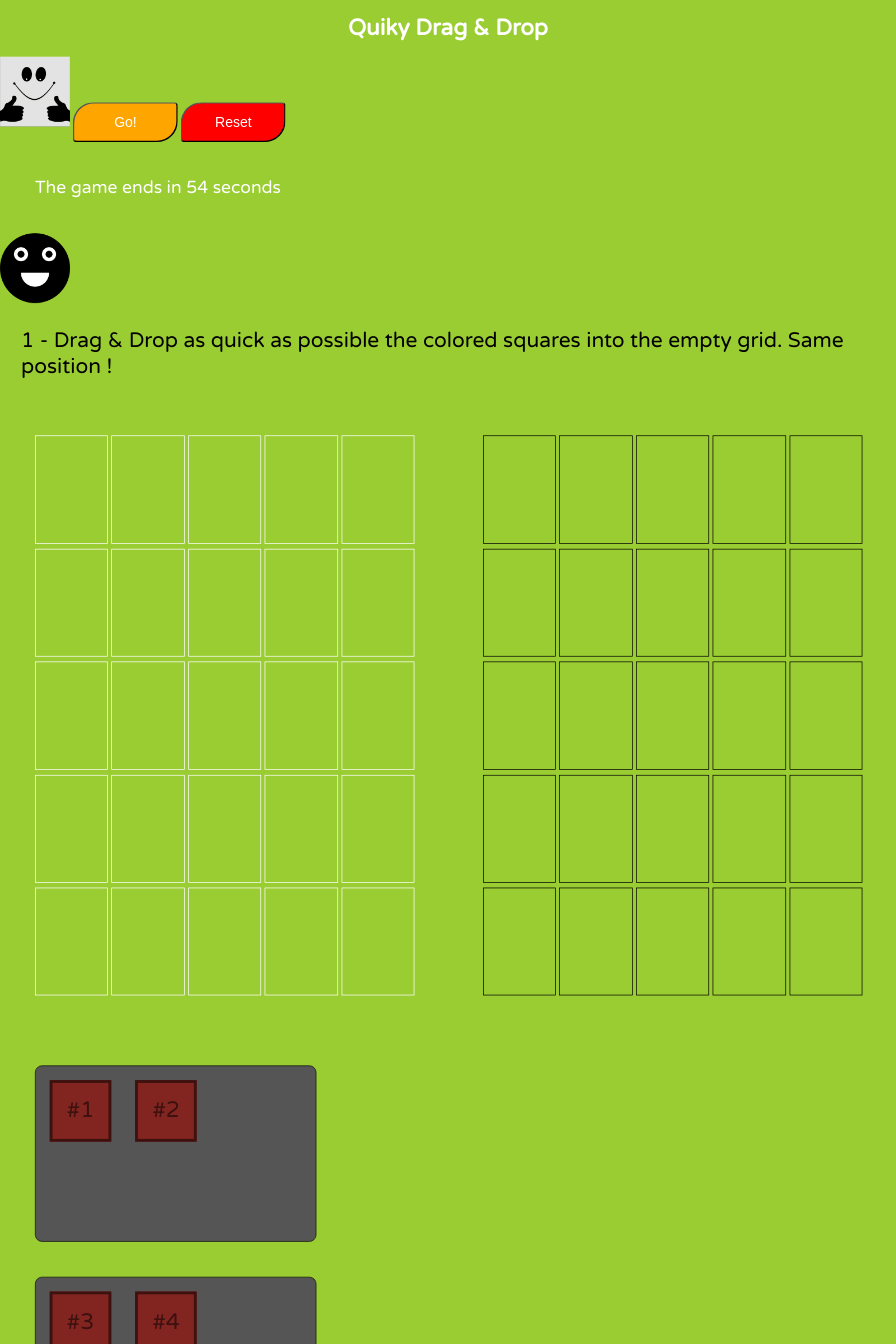
Repository: Siehan/Quiky-drag-and-drop
Page: index.html
These files come from the project's save history. The page is drawn as it stood at one moment and after the next save; the edit follows.
The browser window is 1280 px wide. The pictures show the part of the page from y = 0 to 1920 px (the page is 2086 px tall before and 3021 px after), at 70% of full size.

Above is the page before, as saved 2020-01-22 15:05:48.
Console error: TypeError: Cannot read properties of null (reading 'addEventListener')

After the next save:
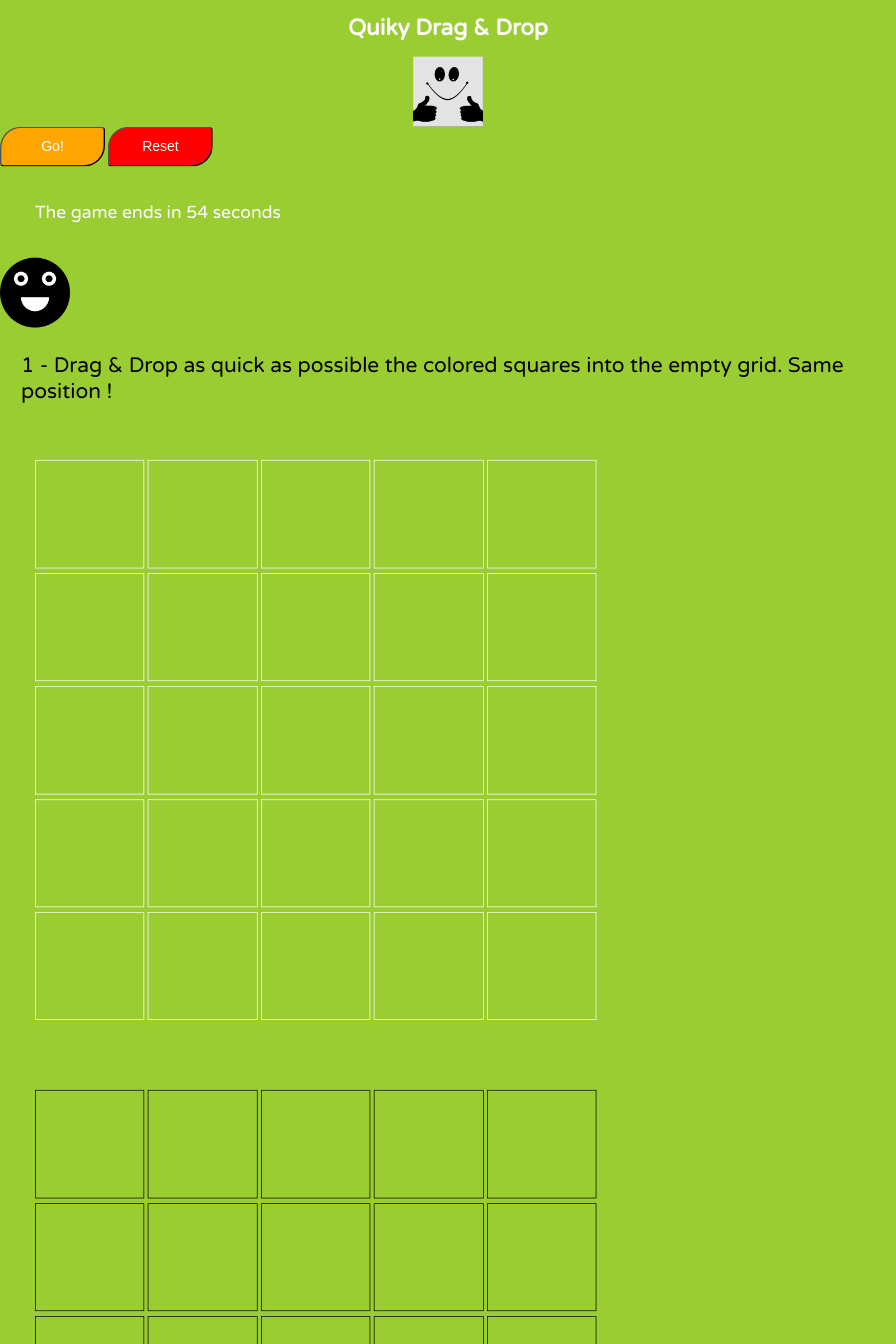
Saved 59 s later.
--- a/style.css
+++ b/style.css
@@ -46,7 +46,9 @@ p {
 
 .thumbs-face {
   width: 100px;
-  align-items:
+  display: block;
+    margin-left: auto;
+    margin-right: auto }
 }
 
 
